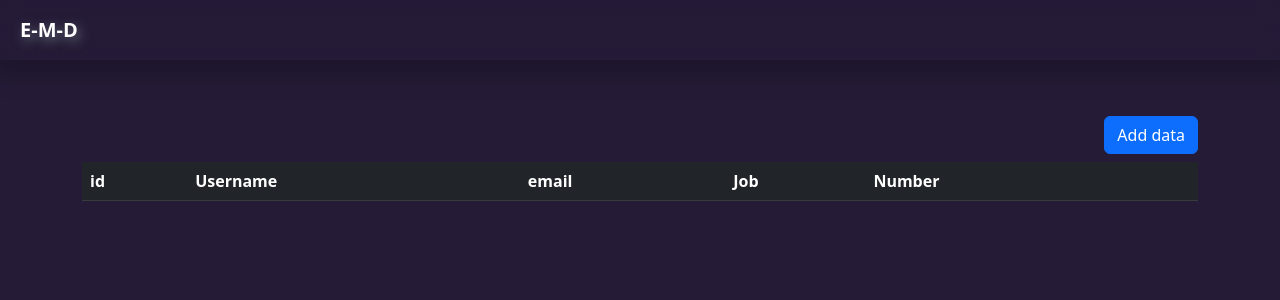
Repository: iamevs/Employee-Management-System
Page: /home (app in client/)
The author's editor kept a copy of each file at every save. The page is drawn from the files as they stood at one save, then again after the next save.
The browser window is 1280 px wide. The pictures show the whole page.
The page's requests for data from a server got no answer. The project was rebuilt for these pictures with package versions that can differ from the ones it lists, and the page was loaded fresh each time. No one was signed in, and anything a server would have sent is missing. Also part of the build but not shown: client/vite.config.js, client/src/components/Register.jsx, client/src/components/Edit.jsx, client/src/components/Hero.jsx. Imported but missing from the stored project, and not drawn on this page: client/src/components/Details.

Above is the page before, as saved 2022-11-28 23:27:27.

### client/index.html
<html lang="en">
  <head>
    <meta charset="UTF-8" />
    <link rel="icon" type="image/svg+xml" href="/vite.svg" />
    <meta name="viewport" content="width=device-width, initial-scale=1.0" />
    <title>employee-management</title>
  </head>
  <body>
    <div id="root"></div>
    <script type="module" src="/src/main.jsx"></script>
  </body>
</html>

### client/src/main.jsx
import React, { StrictMode } from 'react';
import ReactDOM from 'react-dom';
import { createRoot } from "react-dom/client";
import './index.css';
import App from './App';
import { BrowserRouter } from "react-router-dom"
import ContextProvider from "./components/context/ContextProvider";
// root.render(
//   <StrictMode>
//   <ContextProvider>
//     <BrowserRouter>
//       <App />
//     </BrowserRouter>
//   </ContextProvider>
//   </StrictMode>
//   ,
//   document.getElementById('root')
// );


createRoot(document.getElementById('root')).render(
  <ContextProvider>
    <BrowserRouter>
      <App />
    </BrowserRouter>
  </ContextProvider>
)

### client/src/index.css
body {
  margin: 0;
  font-family: -apple-system, BlinkMacSystemFont, 'Segoe UI', 'Roboto', 'Oxygen',
    'Ubuntu', 'Cantarell', 'Fira Sans', 'Droid Sans', 'Helvetica Neue',
    sans-serif;
  -webkit-font-smoothing: antialiased;
  -moz-osx-font-smoothing: grayscale;
  background-color: #251B37 !important;
  color: #fff !important;
}

code {
  font-family: source-code-pro, Menlo, Monaco, Consolas, 'Courier New',
    monospace;
}

.btns{
  display: flex;
  justify-content: space-between;
}

### client/src/App.jsx
import './App.css';
import "../node_modules/bootstrap/dist/css/bootstrap.min.css"
import "../node_modules/bootstrap/dist/js/bootstrap.bundle.min.js"
import Navbar from './components/Navbar';
import Home from './components/Home';
import Register from './components/Register';
import Edit from './components/Edit';
import Details from './components/Details';
import Hero from "./components/Hero.jsx";
import {Routes,Route} from "react-router-dom"




function App() {
  return (
   <>
    <Navbar />
    <Routes>
      <Route path="/" element={<Hero/>} />
      <Route  path="/home" element={<Home/>} />
      <Route exact path="/register" element={<Register/>} />
      <Route exact path="/edit/:id" element={<Edit/>} />
      <Route exact path="/view/:id" element={<Details/>} />
    </Routes>

   </>
  );
}

export default App;

### client/src/components/context/ContextProvider.jsx
import React, { createContext, useState } from 'react'


export const adddata = createContext("");
export const updatedata = createContext("");
export const deldata = createContext("");

const ContextProvider = ({ children }) => {

    const [udata, setUdata] = useState("");
    const [updata, setUPdata] = useState("");
    const [dltdata, setDLTdata] = useState("");


    return (
        <adddata.Provider value={{ udata, setUdata }}>
            <updatedata.Provider value={{ updata, setUPdata }}>
                <deldata.Provider value={{dltdata, setDLTdata}}>
                    {children}
                </deldata.Provider>

            </updatedata.Provider>

        </adddata.Provider>
    )
}

export default ContextProvider;

### client/src/App.css
.add_btn{
  text-align: right;
}

.container{
  overflow: auto;
}

.left_view h3{
  font-size: 21px;
}

.left_view p{
  font-weight: 600;
}

.left_view span{
  font-weight: 400;
}

.right_view p{
  font-weight: 600;
}


.right_view span{
  font-weight: 400;
}

### client/src/components/Navbar.jsx
import React from 'react'
import { NavLink } from 'react-router-dom'
import { Box, Stack } from "@mui/material";


const Navbar = () => {
    return (
        <Stack >
            <Box className="navbar navbar-expand-lg text-white" sx={{
                backgroundColor: "transparent",
                backdropFilter: "blur(10px) !important",
                position: "relative",
                color: "white",
                boxShadow: "4px 7px 20px 11px rgb(0 0 0 / 20%)",
                height: "60px",
                padding: "0 20px 0 20px",
            }}>
                <Box sx={{
                    fontSize: "20px",
                    textShadow: "3px 4px 12px #6c757d",
                    fontWeight: "bold",
                }}>E-M-D</Box>
            </Box>
        </Stack>
    )
}

export default Navbar

### client/src/components/Home.jsx
import React, { useState, useEffect, useContext } from 'react'
import RemoveRedEyeIcon from '@mui/icons-material/RemoveRedEye';
import CreateIcon from '@mui/icons-material/Create';
import DeleteOutlineIcon from '@mui/icons-material/DeleteOutline';
import { NavLink } from 'react-router-dom';
import { adddata, deldata } from './context/ContextProvider';
import { updatedata } from './context/ContextProvider'

var getuserlink = "http://localhost:8001/getusers";


const Home = () => {

    const [getuserdata, setUserdata] = useState([]);

    console.log(getuserdata);

    const { udata, setUdata } = useContext(adddata);

    const {updata, setUPdata} = useContext(updatedata);

    const {dltdata, setDLTdata} = useContext(deldata);

    const getdata = async () => {

        const res = await fetch(getuserlink, {
            method: "GET",
            headers: {
                "Content-Type": "application/json"
            }
        });

        const data = await res.json();
        console.log(data);

        if (res.status === 422 || !data) {
            console.log("error ");

        } else {
            setUserdata(data)
            console.log("get data");

        }
    }

    useEffect(() => {
        getdata();
    }, [])

    const deleteuser = async (id) => {

        const res2 = await fetch(`/deleteuser/${id}`, {
            method: "DELETE",
            headers: {
                "Content-Type": "application/json"
            }
        });

        const deletedata = await res2.json();
        console.log(deletedata);

        if (res2.status === 422 || !deletedata) {
            console.log("error");
        } else {
            console.log("user deleted");
            setDLTdata(deletedata)
            getdata();
        }

    }


    return (

        <>
            {
                udata ?
                    <>
                        <div className="alert alert-success alert-dismissible fade show" role="alert">
                            <strong>{udata.name}</strong>  added succesfully!
                            <button type="button" className="btn-close" data-bs-dismiss="alert" aria-label="Close"></button>
                        </div>
                    </> : ""
            }
            {
                updata ?
                    <>
                        <div className="alert alert-success alert-dismissible fade show" role="alert">
                            <strong>{updata.name}</strong>  updated succesfully!
                            <button type="button" className="btn-close" data-bs-dismiss="alert" aria-label="Close"></button>
                        </div>
                    </> : ""
            }

            {
                dltdata ?
                    <>
                        <div className="alert alert-danger alert-dismissible fade show" role="alert">
                            <strong>{dltdata.name}</strong>  deleted succesfully!
                            <button type="button" className="btn-close" data-bs-dismiss="alert" aria-label="Close"></button>
                        </div>
                    </> : ""
            }


            <div className="mt-5">
                <div className="container">
                    <div className="add_btn mt-2 mb-2">
                        <NavLink to="/register" className="btn btn-primary">Add data</NavLink>
                    </div>

                    <table class="table">
                        <thead>
                            <tr className="table-dark">
                                <th scope="col">id</th>
                                <th scope="col">Username</th>
                                <th scope="col">email</th>
                                <th scope="col">Job</th>
                                <th scope="col">Number</th>
                                <th scope="col"></th>
                            </tr>
                        </thead>
                        <tbody>

                            {
                                getuserdata.map((val, ind) => {
                                    return (
                                        <tr>
                                            <th scope="row">{ind + 1}</th>
                                            <td>{val.name}</td>
                                            <td>{val.email}</td>
                                            <td>{val.work}</td>
                                            <td>{val.mobile}</td>
                                            <td className='btns'>
                                                <NavLink to={`/view/${val._id}`} className="btn btn-primary"><RemoveRedEyeIcon /></NavLink>
                                                <NavLink to={`/update/${val._id}`} className="btn btn-success"><CreateIcon /></NavLink>
                                                <button onClick={() => deleteuser(val._id)} className="btn btn-danger"><DeleteOutlineIcon /></button>
                                            </td>
                                        </tr>
                                    )
                                })
                            }
                        </tbody>
                    </table>


                </div>
            </div>
        </>
    )
}

export default Home

After the next save:
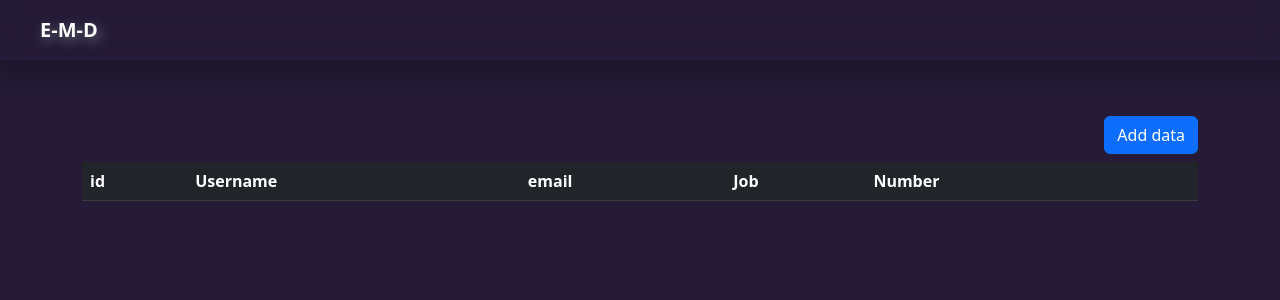
Saved 5 s later.
--- a/client/src/components/Navbar.jsx
+++ b/client/src/components/Navbar.jsx
@@ -13,7 +13,7 @@ const Navbar = () => {
                 color: "white",
                 boxShadow: "4px 7px 20px 11px rgb(0 0 0 / 20%)",
                 height: "60px",
-                padding: "0 20px 0 20px",
+                padding: "0 40px 0 40px",
             }}>
                 <Box sx={{
                     fontSize: "20px",
